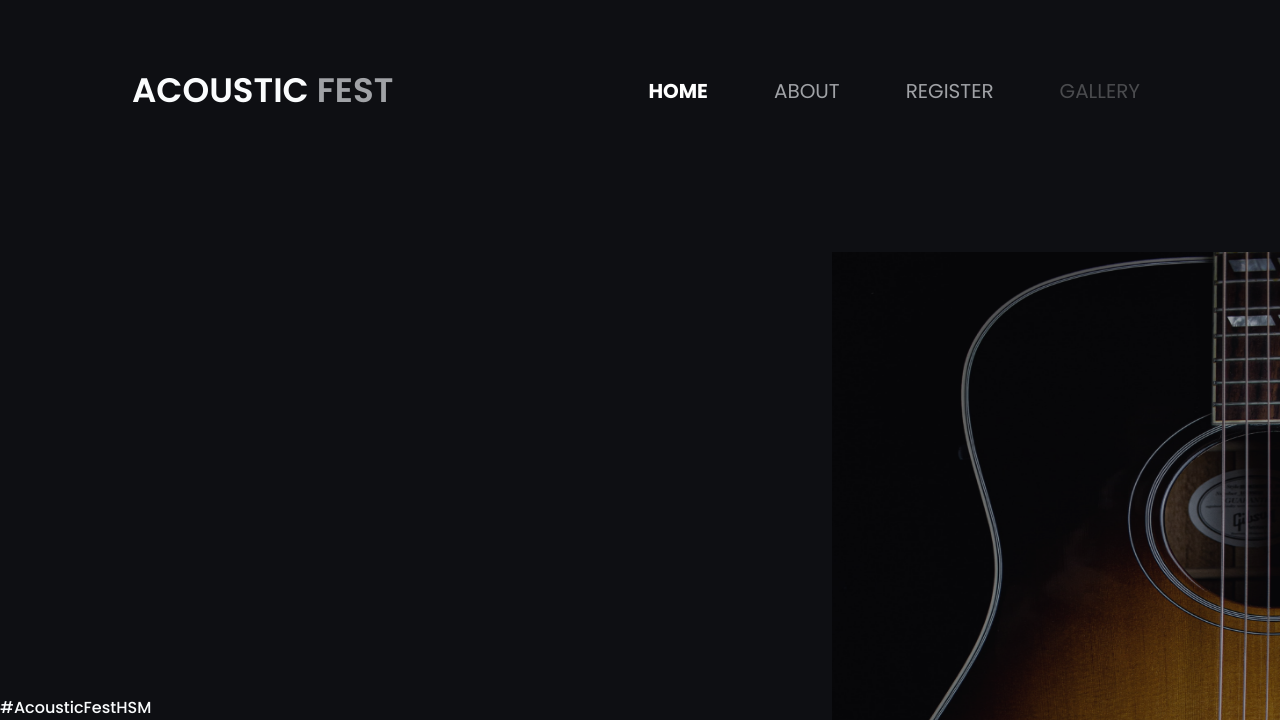
Repository: piyushiso/piyushiso.github.io
Page: event/acousticfest/index.html
An editor plug-in stored every save of this project. The page is shown before and after a run of saves, followed by the edit.
The browser window is 1280 px wide. The pictures show the whole page.
Some web fonts or font styles are not loaded; a fallback is used.

Above is the page before, as saved 2022-05-14 03:21:41.

After the next 2 saves:
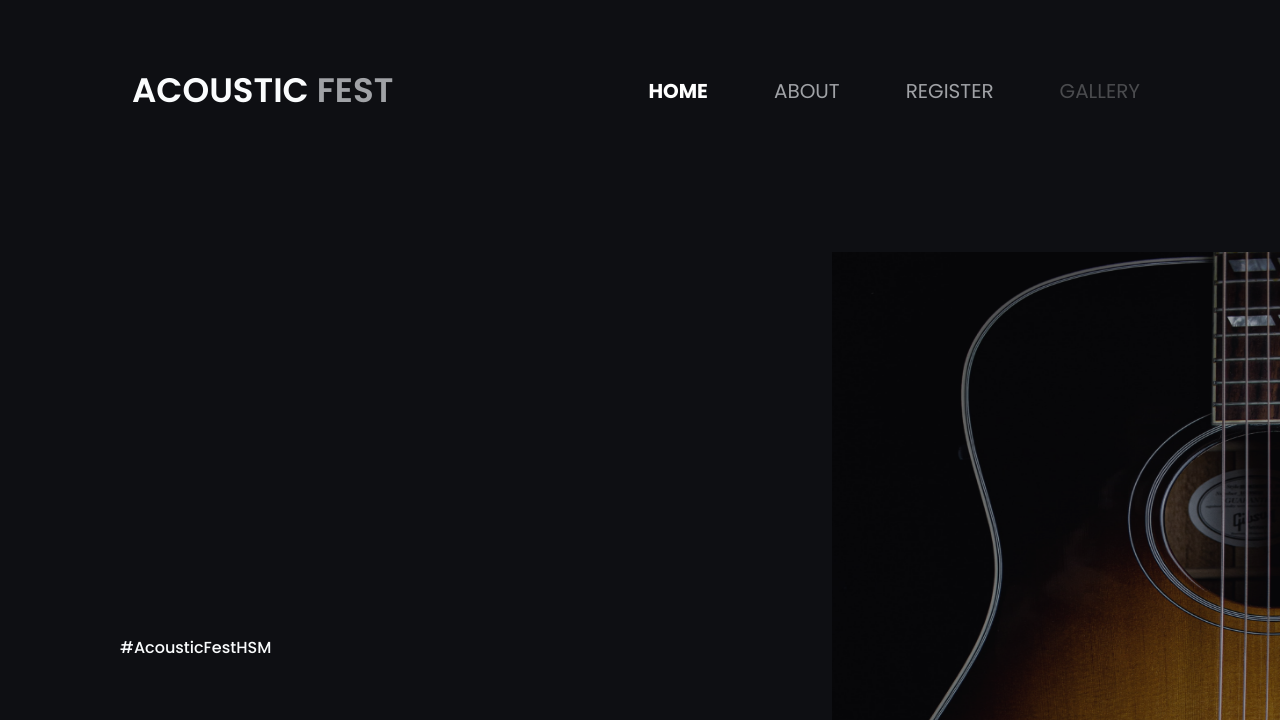
The 2 saves are shown as one change because they came seconds apart.
The last was saved 7 s later.
--- a/event/acousticfest/styles/style.css
+++ b/event/acousticfest/styles/style.css
@@ -73,6 +73,6 @@
     color: var(--secondary);
 }
 
-.components >{
+.fixed-bottom{
     padding: var(--padding-y) var(--padding-x)!important;
 }

After the 3 saves that followed:
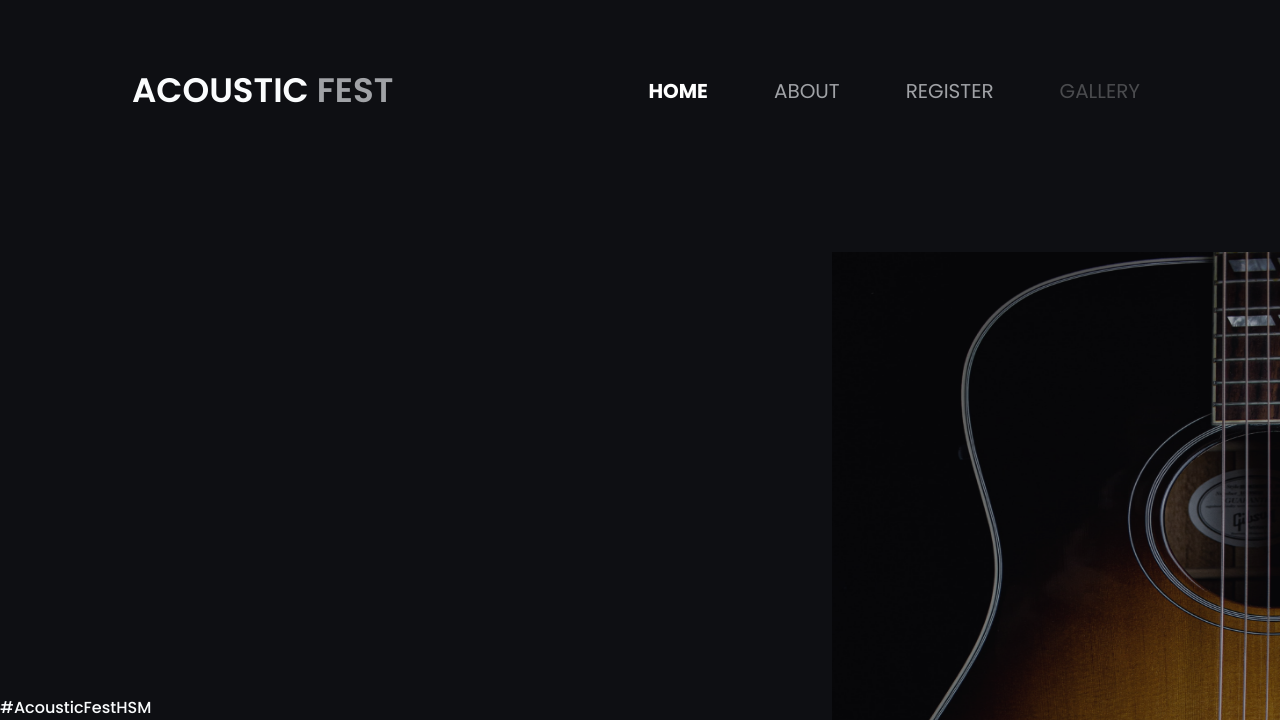
The 3 saves are shown as one change because they came seconds apart.
The last was saved 11 s later.
--- a/event/acousticfest/styles/style.css
+++ b/event/acousticfest/styles/style.css
@@ -73,6 +73,6 @@
     color: var(--secondary);
 }
 
-.fixed-bottom{
+.components{
     padding: var(--padding-y) var(--padding-x)!important;
 }
